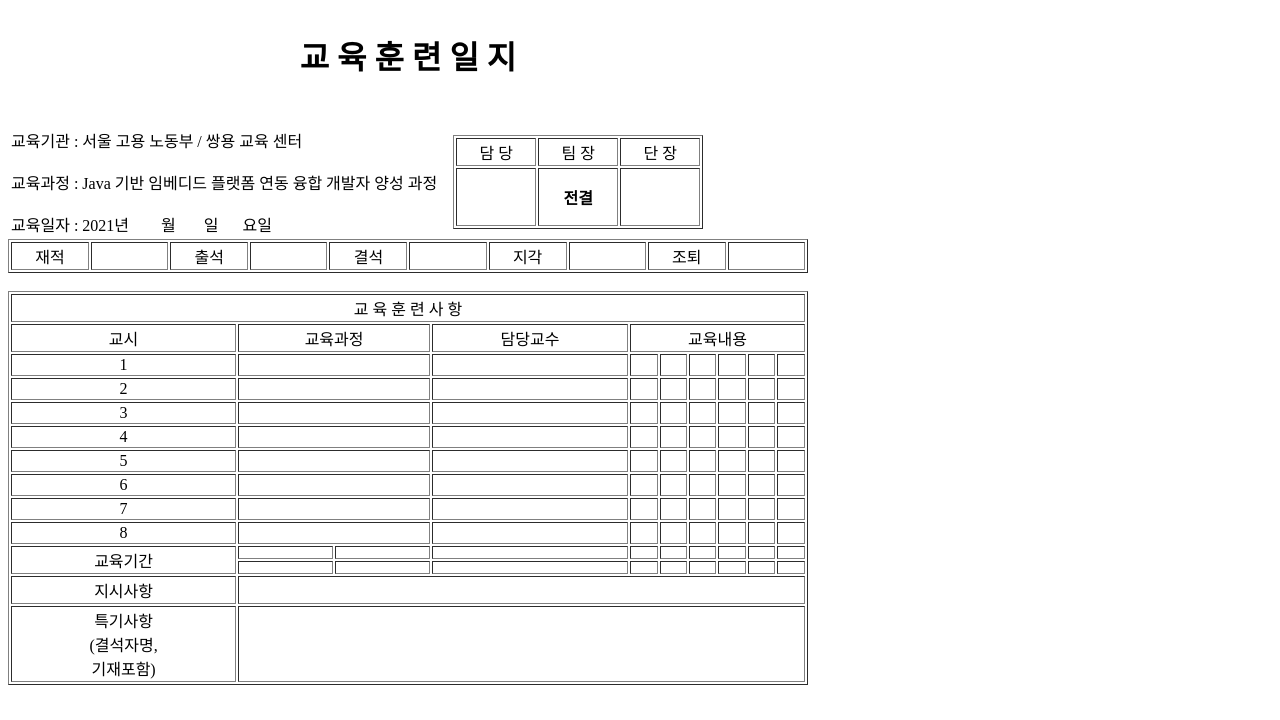
Repository: Hwang-97/HhwDesktop
Page: client/ClientTest/src/main/webapp/html/question/table/q03.html
An editor plug-in stored every save of this project. The page is shown before and after the next save, followed by the edit.
The browser window is 1280 px wide. The pictures show the whole page.

Above is the page before, as saved 2021-12-10 14:22:39.

### client/ClientTest/src/main/webapp/html/question/table/q03.html
<!DOCTYPE html>
<html>
<head>
<meta charset="UTF-8">
<title>Q03</title>
</head>
<body>
	<table width = "800">
		<tr>
			<td><h1 align="center">교 육 훈 련 일 지</h1></td>
		</tr>
		<tr>
			<td>&nbsp</td>
		</tr>
	</table>
	<table>
		<tr>
			<td>
			교육기관 : 서울 고용 노동부 / 쌍용 교육 센터<br>
			<br>
			교육과정 : Java 기반 임베디드 플랫폼 연동 융합 개발자 양성 과정 &nbsp;&nbsp;<br>
			<br>
			교육일자 : 2021년 &nbsp;&nbsp;&nbsp;&nbsp;&nbsp;&nbsp;&nbsp;월 &nbsp;&nbsp;&nbsp;&nbsp;&nbsp;&nbsp;일 &nbsp;&nbsp;&nbsp;&nbsp;&nbsp;요일<br>
			</td>
			<td align="right">
				<table border width="250">
				<tr>
					<td align="center">담 당</td>
					<td align="center">팀 장	</td>
					<td align="center">단 장</td>
				</tr>
				<tr>
					<td><br><br><br></td>
					<td align="center"><b>전결</b></td>
					<td><br><br><br></td>
				</tr>
			</td>
		</table>
		</tr>
	</table>
	<table border width = "800">
		<tr>
			<td width = "80" align="center">재적</td>
			<td width = "80">&nbsp</td>
			<td width = "80" align="center">출석</td>
			<td width = "80">&nbsp</td>
			<td width = "80" align="center">결석</td>
			<td width = "80">&nbsp</td>
			<td width = "80" align="center">지각</td>
			<td width = "80">&nbsp</td>
			<td width = "80" align="center">조퇴</td>
			<td width = "80">&nbsp</td>
		</tr>
	</table>
	<br>
	<table border width = "800">
		<tr>
			<td Colspan="10" align="center">교 육 훈 련 사 항</td>
		</tr>
		<tr>
			<td align="center">교시</td>
			<td Colspan="2" align="center">교육과정</td>
			<td align="center">담당교수</td>
			<td Colspan="6" align="center">교육내용</td>
		</tr>
		<tr>
			<td align = "center">1</td>
			<td Colspan="2"></td>
			<td></td>
			<td></td>

			<td></td>
			<td></td>
			<td></td>
			<td></td>
			<td></td>
		</tr>
		<tr>
			<td align = "center">2</td>
			<td Colspan="2"></td>
			<td></td>
			<td></td>

			<td></td>
			<td></td>
			<td></td>
			<td></td>
			<td></td>
		</tr>
		<tr>
			<td align = "center">3</td>
			<td Colspan="2"></td>
			<td></td>
			<td></td>

			<td></td>
			<td></td>
			<td></td>
			<td></td>
			<td></td>
		</tr>
		<tr>
			<td align = "center">4</td>
			<td Colspan="2"></td>
			<td></td>
			<td></td>

			<td></td>
			<td></td>
			<td></td>
			<td></td>
			<td></td>
		</tr>
		<tr>
			<td align = "center">5</td>
			<td Colspan="2"></td>
			<td></td>
			<td></td>

			<td></td>
			<td></td>
			<td></td>
			<td></td>
			<td></td>
		</tr>
		<tr>
			<td align = "center">6</td>
			<td Colspan="2"></td>
			<td></td>
			<td></td>

			<td></td>
			<td></td>
			<td></td>
			<td></td>
			<td></td>
		</tr>
		<tr>
			<td align = "center">7</td>
			<td Colspan="2"></td>
			<td></td>
			<td></td>

			<td></td>
			<td></td>
			<td></td>
			<td></td>
			<td></td>
		</tr>
		<tr>
			<td align = "center">8</td>
			<td Colspan="2"></td>
			<td></td>
			<td></td>

			<td></td>
			<td></td>
			<td></td>
			<td></td>
			<td></td>
		</tr>
		<tr>
			<td rowspan="2" align = "center">교육기간</td>
			<td></td>
			<td></td>
			<td></td>
			<td></td>

			<td></td>
			<td></td>
			<td></td>
			<td></td>
			<td></td>
		</tr>
		<tr>
			<td></td>
			<td></td>
			<td></td>
			<td></td>

			<td></td>
			<td></td>
			<td></td>
			<td></td>
			<td></td>
		</tr>
		<tr>
			<td align = "center">지시사항</td>
			<td Colspan="9"></td>
		</tr>
		<tr>
			<td align = "center">특기사항<br>(결석자명,<br>기재포함)</td>
			<td Colspan="9"></td>
		</tr>
	</table>
</body>
</html>

After the next save:
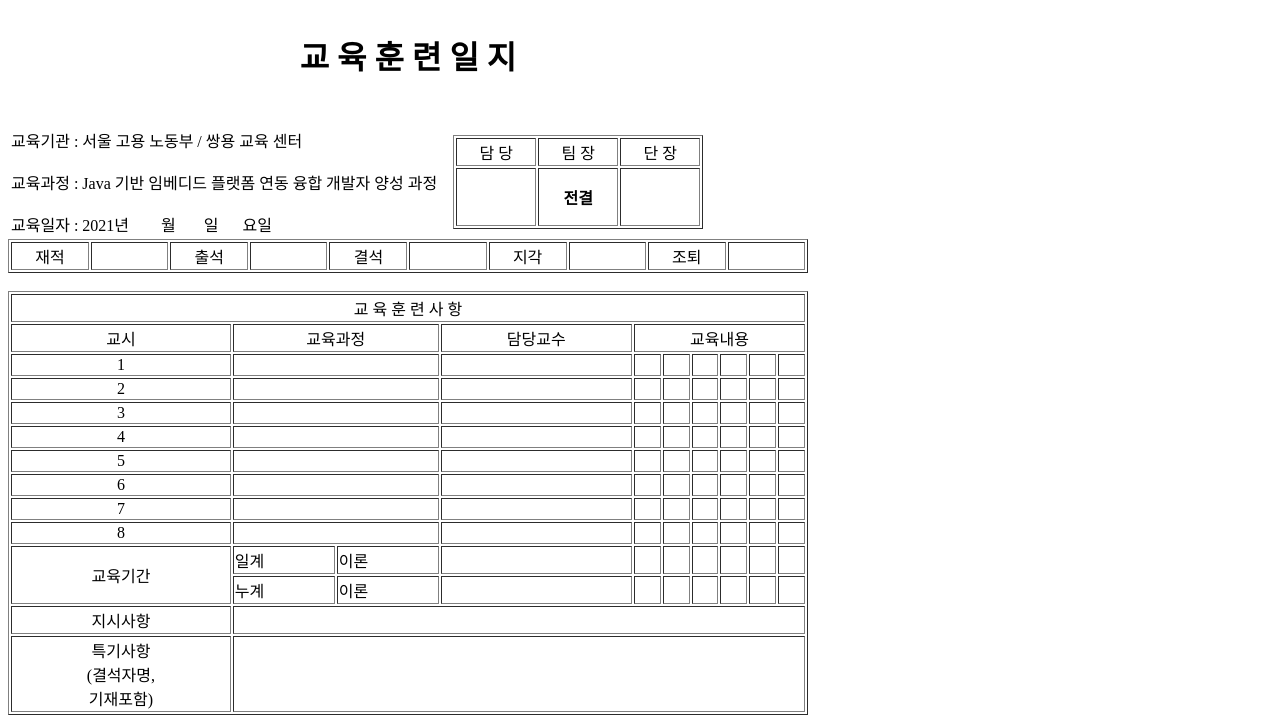
Saved 46 s later.
--- a/client/ClientTest/src/main/webapp/html/question/table/q03.html
+++ b/client/ClientTest/src/main/webapp/html/question/table/q03.html
@@ -161,8 +161,8 @@
 		</tr>
 		<tr>
 			<td rowspan="2" align = "center">교육기간</td>
-			<td></td>
-			<td></td>
+			<td>일계</td>
+			<td>이론</td>
 			<td></td>
 			<td></td>
 
@@ -173,8 +173,8 @@
 			<td></td>
 		</tr>
 		<tr>
-			<td></td>
-			<td></td>
+			<td>누계</td>
+			<td>이론</td>
 			<td></td>
 			<td></td>
 
